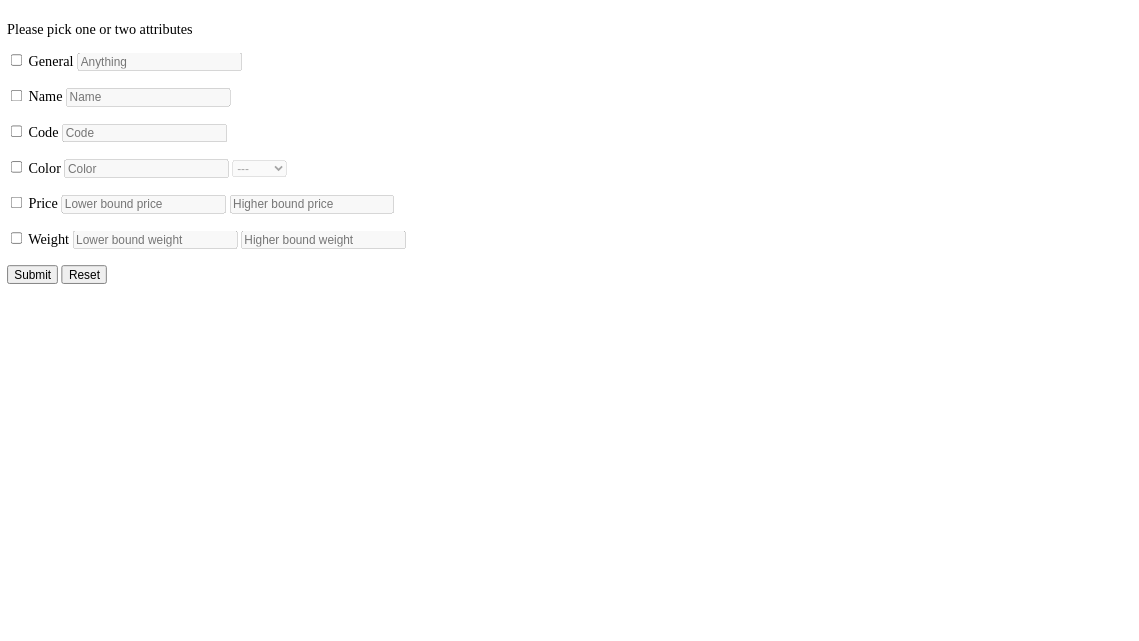
Repository: ISIT207-4-A/A1_C3_1
Page: home.html
An editor plug-in stored every save of this project. The page is shown before and after the next save, followed by the edit.
The browser window is 1280 px wide. The pictures show the whole page, at 89% of full size.
After loading, the first visible `button` was clicked once.

Above is the page before, as saved 2020-09-02 20:44:02.

After the next save:
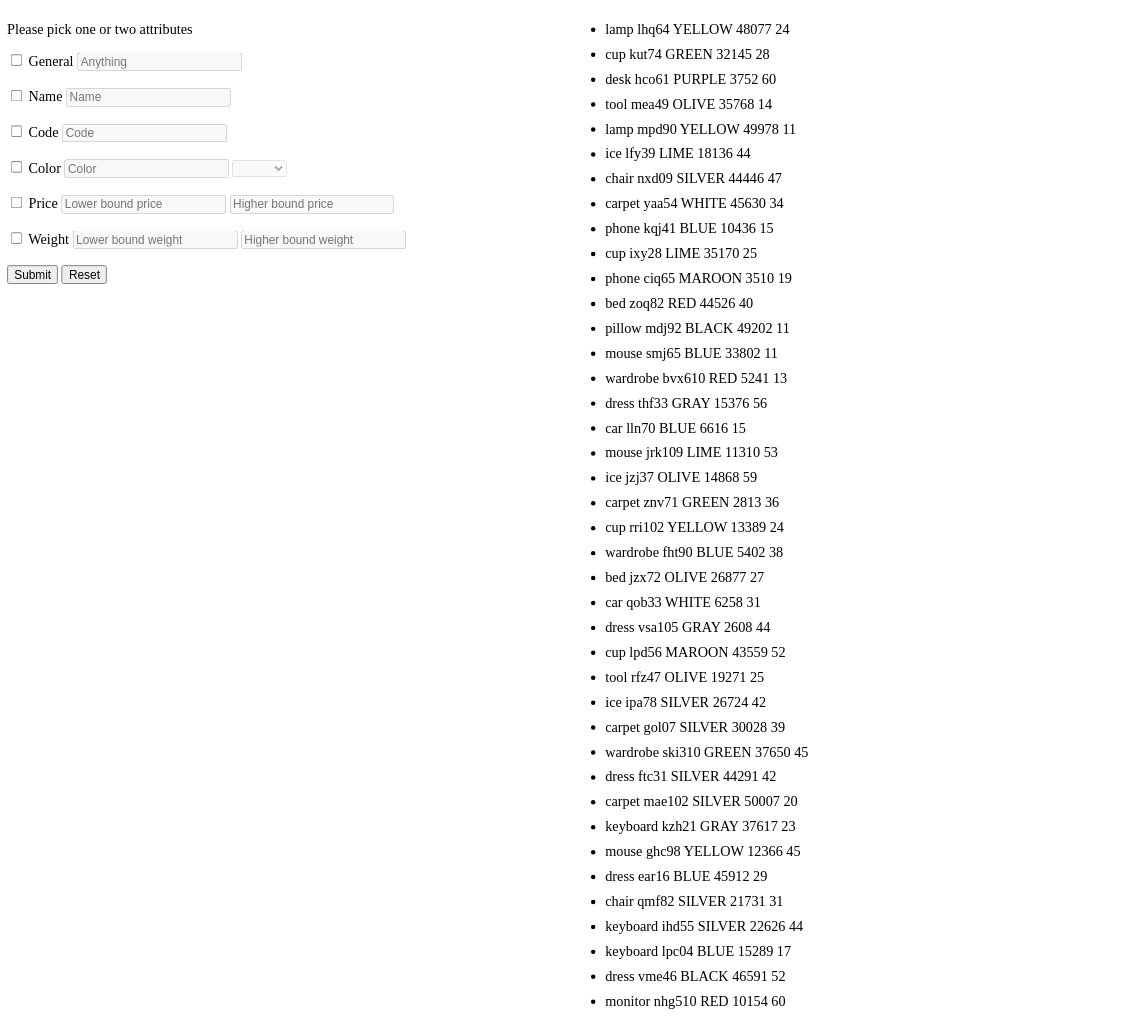
Saved 23 s later.
--- a/script.js
+++ b/script.js
@@ -185,10 +185,13 @@ function search() {
 				li.appendChild(document.createTextNode(itemValue));
 				ul.appendChild(li);
 			}
-		}
-	}
-
-
+
+			checkboxChecked = true;
+		}
+	}
+
+	if (!checkboxChecked)
+		reset();
 }
 
 function generalSearch(val) {
